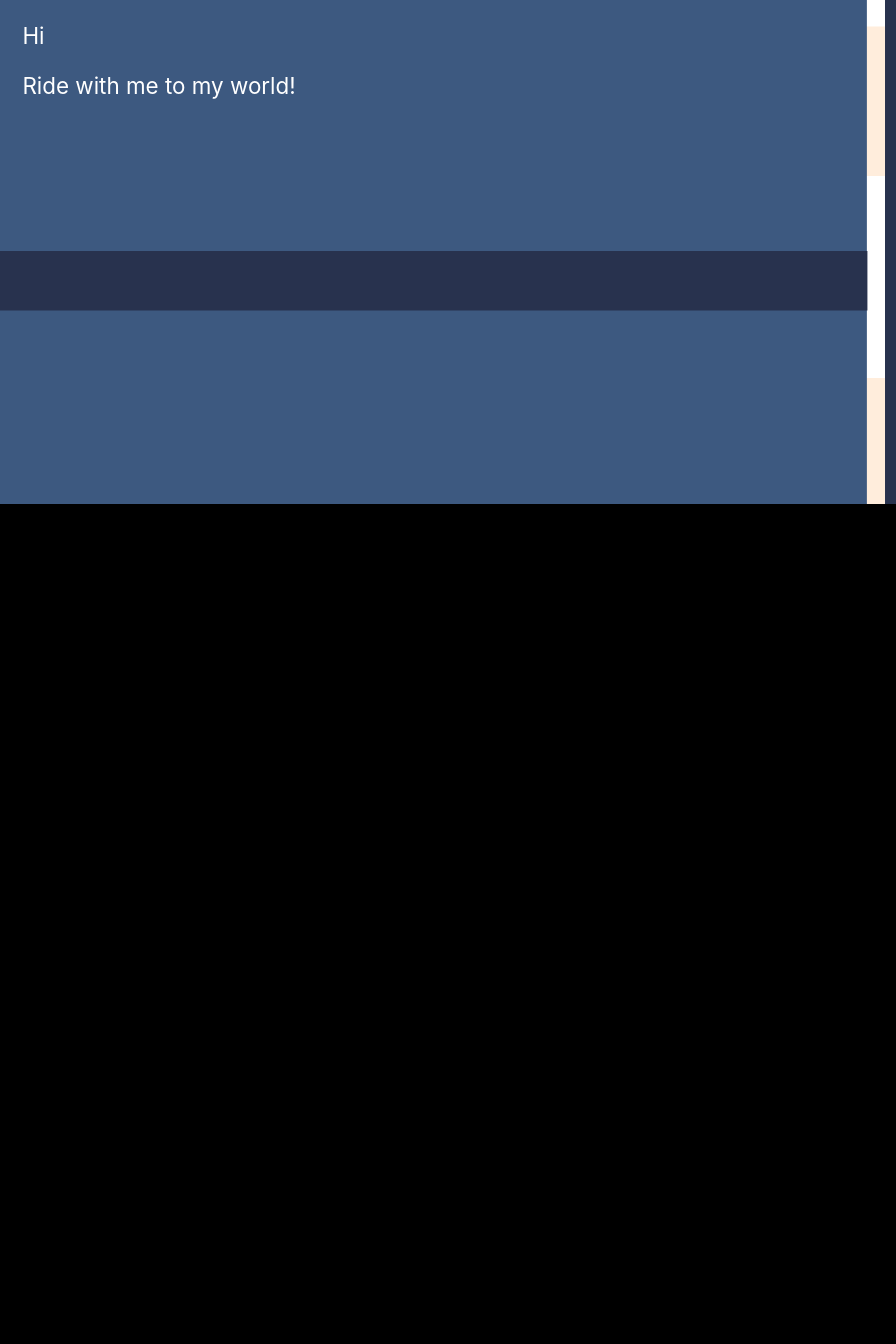
Repository: ModulesSoft/youseffatouraee.com
Page: / (app in majhoolsoft-react/)
An editor plug-in stored every save of this project. The page is shown before and after the next save, followed by the edit.
The browser window is 1280 px wide. The pictures show the part of the page from y = 0 to 1920 px (the page is 4320 px tall), at 70% of full size.
The project was rebuilt for these pictures with package versions that can differ from the ones it lists, and the page was loaded fresh each time. Also part of the build but not shown: majhoolsoft-react/src/helpers/lib/TypewriterAnimation.js.

Above is the page before, as saved 2022-02-22 21:36:40.

After the next save:
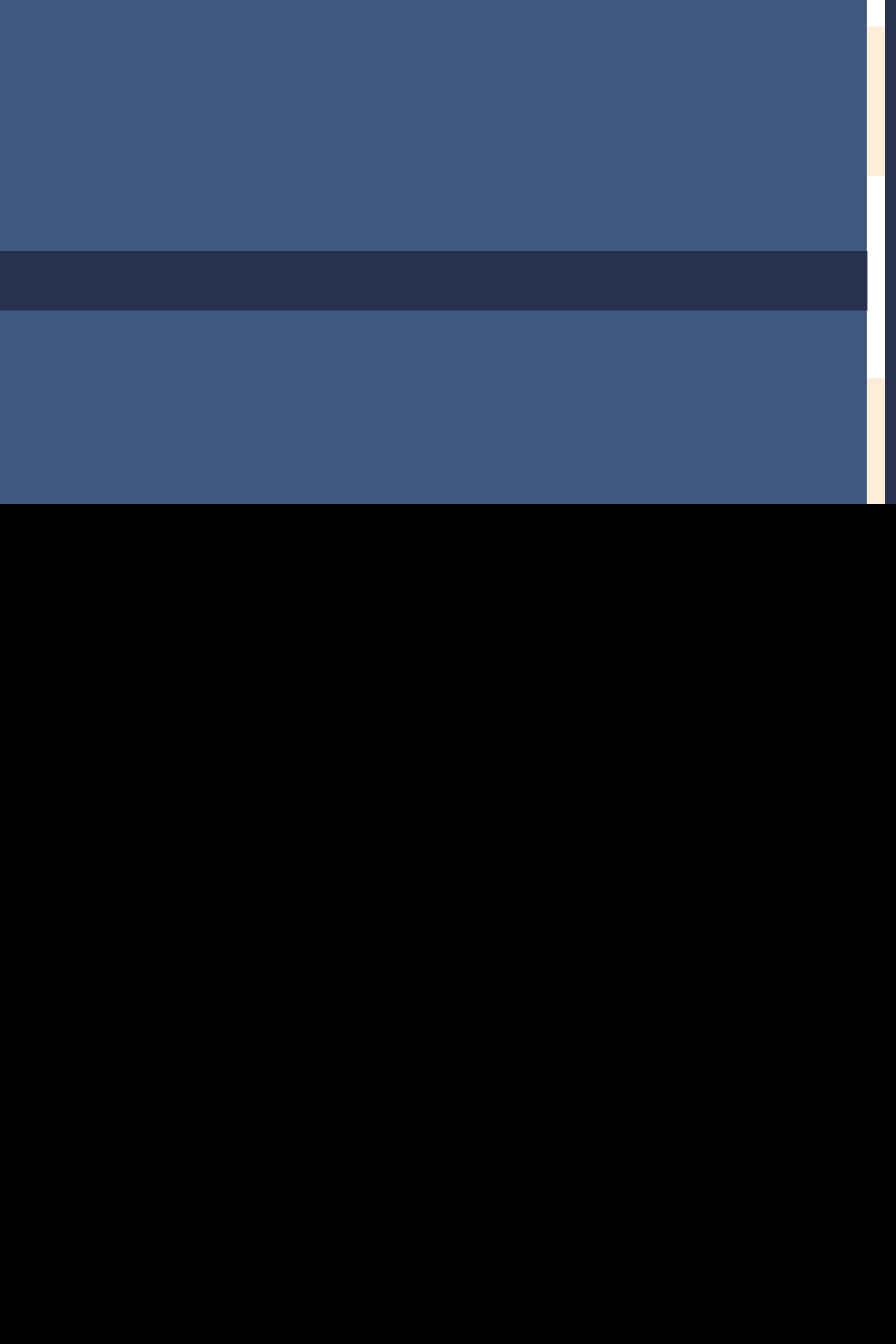
Saved 29 s later.
--- a/majhoolsoft-react/src/App.js
+++ b/majhoolsoft-react/src/App.js
@@ -34,7 +34,7 @@ function App() {
 
   //play
   useEffect(() => {
-    // Play(mobile, width, height).HouseScene();
+    Play(mobile, width, height).HouseScene();
   }, []);
 
   function playGarage() {
